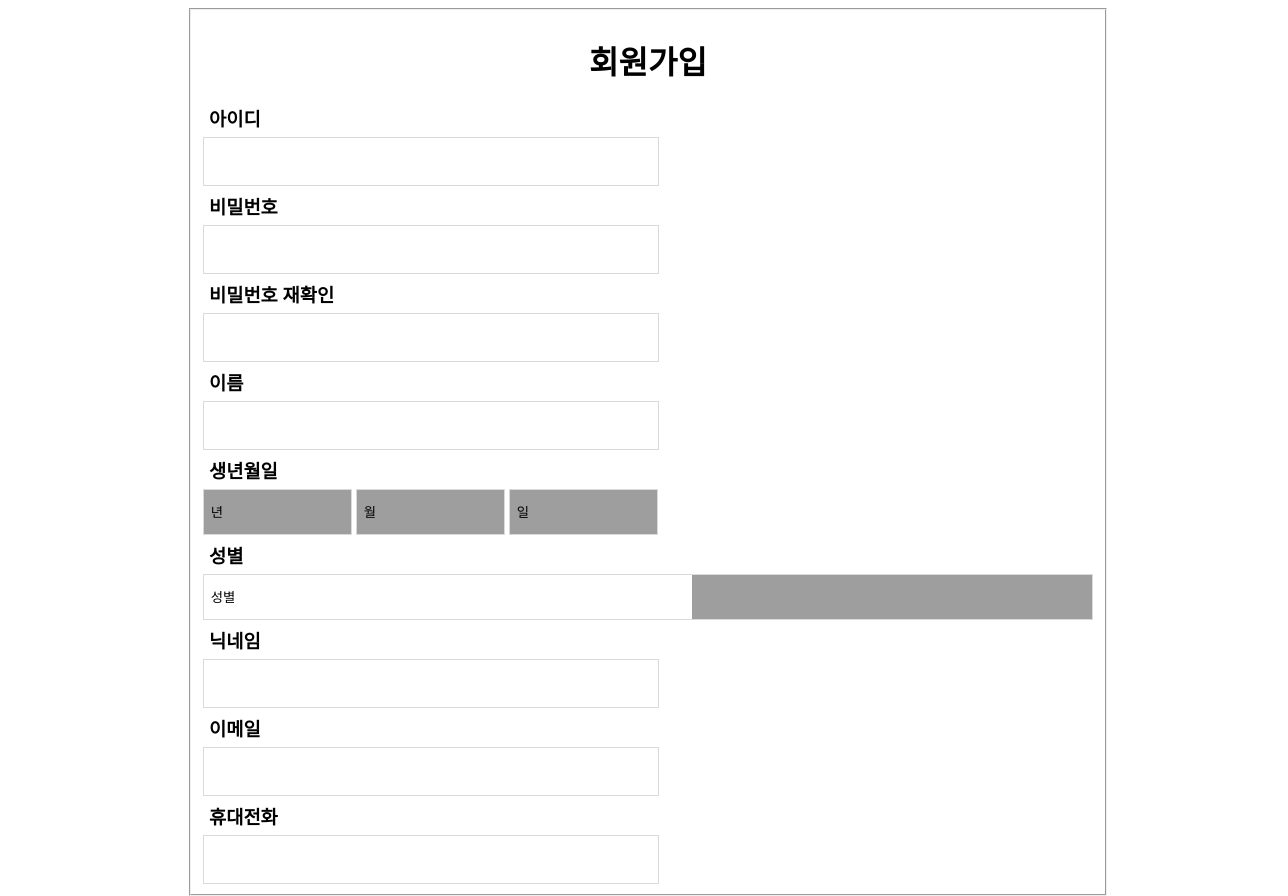
Repository: agheha/trillion
Page: YH/login/login.html
These files come from the project's save history. The page is drawn as it stood at one moment and after the next save; the edit follows.
The browser window is 1280 px wide. The page is 1288 px wide, so the pictures cover 1288 px, including what lies to the right of the window. The pictures show the whole page.
Pictures or frames that could not be fetched are drawn as grey boxes.

Above is the page before, as saved 2019-09-03 18:57:22.

### YH/login/login.html
<!DOCTYPE html>
<html lang="en">
<head>
    <meta charset="UTF-8">
    <meta name="viewport" content="width=device-width, initial-scale=1.0">
    <meta http-equiv="X-UA-Compatible" content="ie=edge">
    <title>Document</title>
    <link rel="stylesheet" href="login.css">
</head>
<body>
    <form>
        <fieldset>
            <h1>회원가입</h1>
                <h3>아이디</h3>
                <div><input class="user_id" type="text" name="msg"></div>
                <h3>비밀번호</h3>
                <div><input type="password" name="pass"></div>
                <h3>비밀번호 재확인</h3>
                <div><input type="password" name="pass"></div>
                <h3>이름</h3>
                <div><input type="text" name="name"></div>
                <h3>생년월일</h3>
                <div>
                    <select id="birth_year" name="year">
                        <option value="1">서울</option>
                        <option value="2">대구</option>
                        <option value="0" selected>년</option>
                    </select>
                    <select id="birth_month" name="month">
                        <option value="1">서울</option>
                        <option value="2">대구</option>
                        <option value="0" selected>월</option>
                    </select>
                    <select id="birth_date" name="date">
                        <option value="1">서울</option>
                        <option value="2">대구</option>
                        <option value="0" selected>일</option>
                    </select>
                </div>
                <h3>성별</h3>
                <div>
                     <select id="gender" name="gender">
                        <option value="1">남자</option>
                        <option value="2">여자</option>
                        <option value="0" selected>성별</option>
                    </select>
                </div>
                <h3>닉네임</h3>
                <div><input type="password" name="nicname"></div>
                <h3>이메일</h3>
                <div></div><input type="email" name="email" required></div>
                <h3>휴대전화</h3>
                <div></div><input type="text" name="phnum"></div>
        </fieldset>
    </form>
</body>
</html>

### YH/login/login.css
body,html {
    width : 100%;
    height: 100%;
}
input{
    width: 450px;
    height: 45px;
    border: 1px solid #dadada;
    font-size: 15px;
}

#gender{
    width: 100%;
    height: 46px;
    border: 1px solid #dadada;
    padding: .8em .5em;
    font-family: inherit;
    background: #FFF url(https://static.nid.naver.com/images/join/pc/sel_arr_2x.gif) 100% 50% no-repeat;
    border-radius: 0px;
    -webkit-appearance: none;
    -moz-appearance: none;
    appearance: none;
}
#birth_year,#birth_month,#birth_date {
    width: 149px;
    height: 46px;
    border: 1px solid #dadada;
    padding: .8em .5em;
    font-family: inherit;
    background: #FFF url(https://static.nid.naver.com/images/join/pc/sel_arr_2x.gif) 100% 50% no-repeat;
    border-radius: 0px;
    -webkit-appearance: none;
    -moz-appearance: none;
    appearance: none;

}
h1 {
    text-align: center;
}
h3 {
    margin : 6px;
}
fieldset {
    width: 890px;
    margin : 0 auto;
}

After the next save:
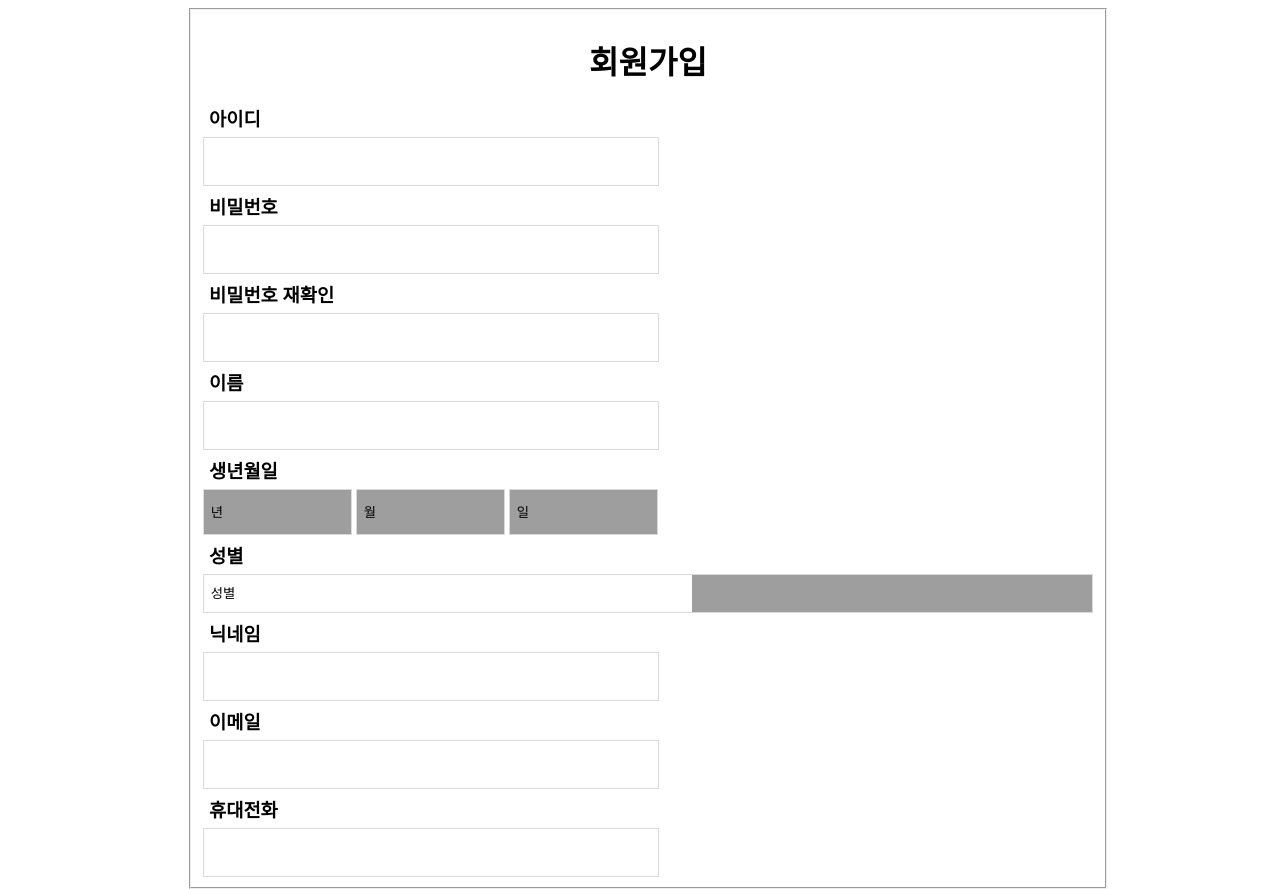
Saved 8 s later.
--- a/YH/login/login.css
+++ b/YH/login/login.css
@@ -11,7 +11,7 @@ input{
 
 #gender{
     width: 100%;
-    height: 46px;
+    height: ;
     border: 1px solid #dadada;
     padding: .8em .5em;
     font-family: inherit;
